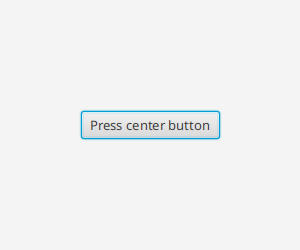
Repository: AdrChacon/CircuitDesigner
Program's window: java CircuitDesigner/src/interfaz/Test.java
These files come from the project's save history. The program's window is drawn as it stood at one moment and after the next save; the edit follows.
It runs on Java 21 on a 1366 x 768 screen with JavaFX 11; the title bar is not drawn.

Above is the program's window before, as saved 2019-09-22 06:21:34.

### CircuitDesigner/src/interfaz/Test.java
package interfaz;

import javafx.application.Application;
import javafx.event.ActionEvent;
import javafx.event.EventHandler;
import javafx.scene.Scene;
import javafx.scene.control.Button;
import javafx.scene.layout.BorderPane;
import javafx.scene.layout.HBox;
import javafx.scene.layout.StackPane;
import javafx.scene.layout.VBox;
import javafx.stage.Stage;

public class Test extends Application{

	public static void main(String[] args) {
		launch(args);
	}

	@Override
	public void start(Stage primaryStage) throws Exception {
		primaryStage.setTitle("Testing");

		Button cButton = new Button();
		cButton.setText("Press center button");
		cButton.setOnAction(e -> System.out.println("Hello, I'm at the center"));

		Button bButton = new Button();
		bButton.setText("Press bottom button");
		bButton.setOnAction(e -> System.out.println("Hello, I'm at the bottom"));

		Button tButton = new Button();
		tButton.setText("Press top button");
		tButton.setOnAction(e -> System.out.println("Hello, I'm at the top"));

		Button lButton = new Button();
		lButton.setText("Press left button");
		lButton.setOnAction(e -> System.out.println("Hello, I'm at the left"));

		Button rButton = new Button();
		rButton.setText("Press right button");
		rButton.setOnAction(e -> System.out.println("Hello, I'm at the right"));

		BorderPane layout = new BorderPane();
		StackPane bottom = new StackPane();
		StackPane Top = new StackPane();
		VBox Right = new VBox();
		HBox Left = new HBox();
		StackPane center = new StackPane();

		layout.setTop(Top);
		layout.setBottom(bottom);
		layout.setRight(Right);
		layout.setLeft(Left);
		layout.setCenter(center);

		center.getChildren().add(cButton);

		Scene scene = new Scene(layout, 300, 250);
		primaryStage.setScene(scene);
		primaryStage.show();
	}



}

After the next save:
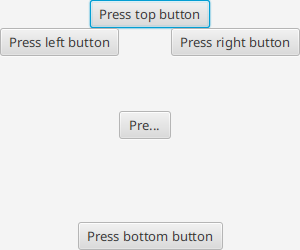
Saved 2 min 22 s later.
--- a/CircuitDesigner/src/interfaz/Test.java
+++ b/CircuitDesigner/src/interfaz/Test.java
@@ -55,6 +55,10 @@
 		layout.setCenter(center);
 
 		center.getChildren().add(cButton);
+		Top.getChildren().add(tButton);
+		bottom.getChildren().add(bButton);
+		Right.getChildren().add(rButton);
+		Left.getChildren().add(lButton);
 
 		Scene scene = new Scene(layout, 300, 250);
 		primaryStage.setScene(scene);
